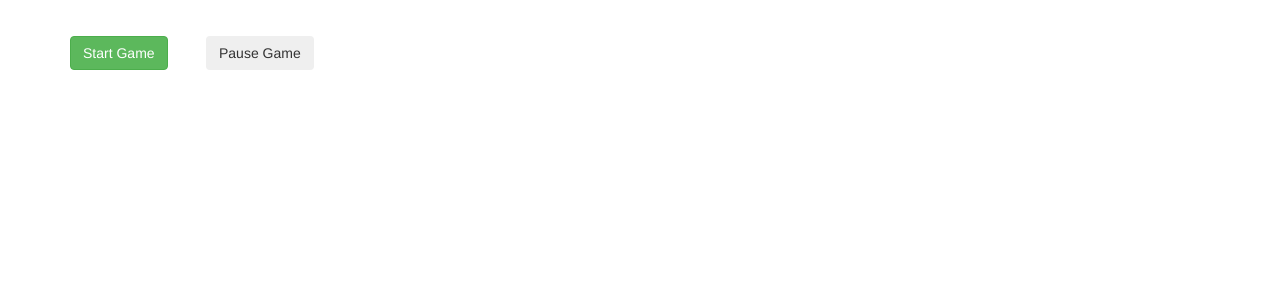
Repository: Shtaiwee1/Angular-JS
Page: / (app in EventBindingandEncapsulation/EventBindingViewEncapsulation_2/practice/)
The author's editor kept a copy of each file at every save. The page is drawn from the files as they stood at one save, then again after the next save.
The browser window is 1280 px wide. The pictures show the whole page.
The project was rebuilt for these pictures with package versions that can differ from the ones it lists, and the page was loaded fresh each time. Also part of the build but not shown: EventBindingandEncapsulation/EventBindingViewEncapsulation_2/practice/angular.json, EventBindingandEncapsulation/EventBindingViewEncapsulation_2/practice/src/app/odd/odd.component.ts, EventBindingandEncapsulation/EventBindingViewEncapsulation_2/practice/src/app/even/even.component.ts.

Above is the page before, as saved 2022-07-07 16:05:28.

### EventBindingandEncapsulation/EventBindingViewEncapsulation_2/practice/src/app/app.component.html
<div class="container">
  <div class="row">
    <div class="col-xs-12 ">
      <app-game-control></app-game-control>
    </div>
  </div>
</div>

### EventBindingandEncapsulation/EventBindingViewEncapsulation_2/practice/src/app/app.component.css
.container{
    margin-top: 5vh;
}

### EventBindingandEncapsulation/EventBindingViewEncapsulation_2/practice/src/app/game-control/game-control.component.html
<button class="btn btn-success">Start Game</button>
<button class="btn btn-Danger">Pause Game</button>

### EventBindingandEncapsulation/EventBindingViewEncapsulation_2/practice/src/app/game-control/game-control.component.css
.btn-success{
    margin-right: 3vw;
}

Loaded but not shown: EventBindingandEncapsulation/EventBindingViewEncapsulation_2/practice/src/index.html (common file); EventBindingandEncapsulation/EventBindingViewEncapsulation_2/practice/src/styles.css (common file); EventBindingandEncapsulation/EventBindingViewEncapsulation_2/practice/src/main.ts (common file); EventBindingandEncapsulation/EventBindingViewEncapsulation_2/practice/src/app/app.module.ts (common file); EventBindingandEncapsulation/EventBindingViewEncapsulation_2/practice/src/environments/environment.ts (common file); EventBindingandEncapsulation/EventBindingViewEncapsulation_2/practice/src/app/app.component.ts (common file); EventBindingandEncapsulation/EventBindingViewEncapsulation_2/practice/src/app/game-control/game-control.component.ts (common file)

After the next save:
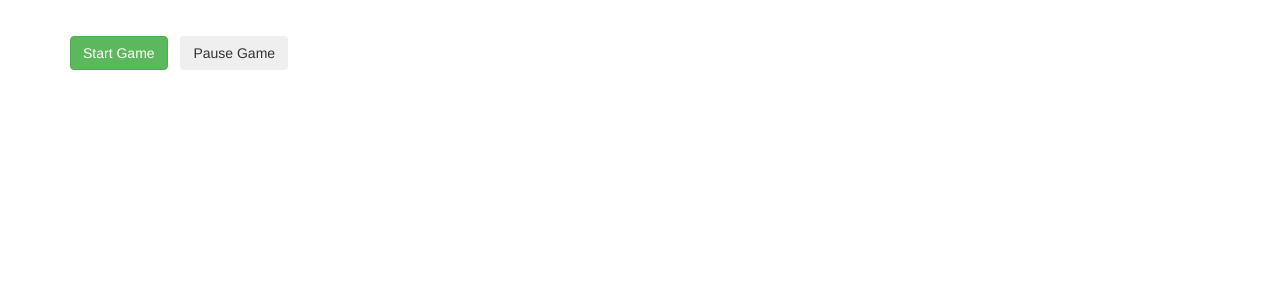
Saved 5 s later.
--- a/EventBindingandEncapsulation/EventBindingViewEncapsulation_2/practice/src/app/game-control/game-control.component.css
+++ b/EventBindingandEncapsulation/EventBindingViewEncapsulation_2/practice/src/app/game-control/game-control.component.css
@@ -1,3 +1,3 @@
 .btn-success{
-    margin-right: 3vw;
+    margin-right: 1vw;
 }
